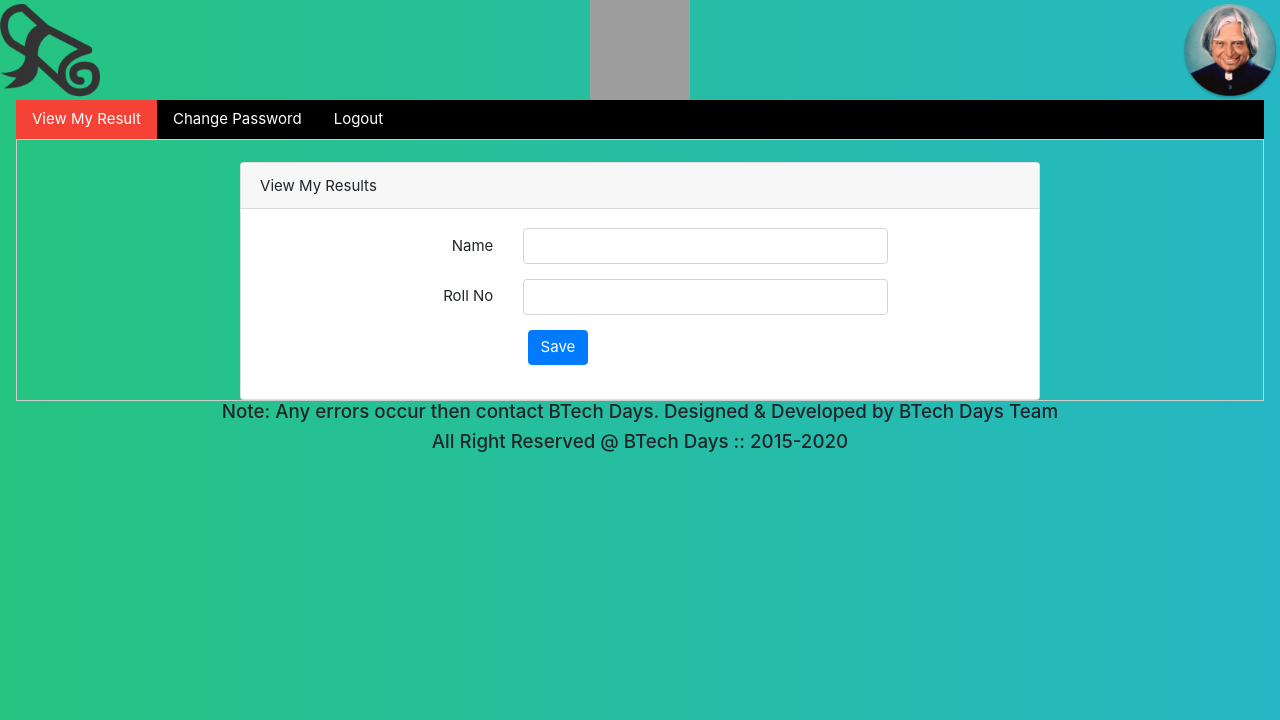
Repository: AlkaDas991/Dbms
Page: http://localhost/Student_Record_Management/studentHome.jsp
An editor plug-in stored every save of this project. The page is shown before and after the next save, followed by the edit.
The browser window is 1280 px wide. The pictures show the whole page.
Pictures or frames that could not be fetched are drawn as grey boxes. Some web fonts or font styles are not loaded; a fallback is used. Some web libraries are served in a nearby version. The page is served by Tomcat 9.

Above is the page before, as saved 2021-03-12 18:52:28.
Console error: TypeError: Cannot read properties of undefined (reading 'fn')

After the next save:
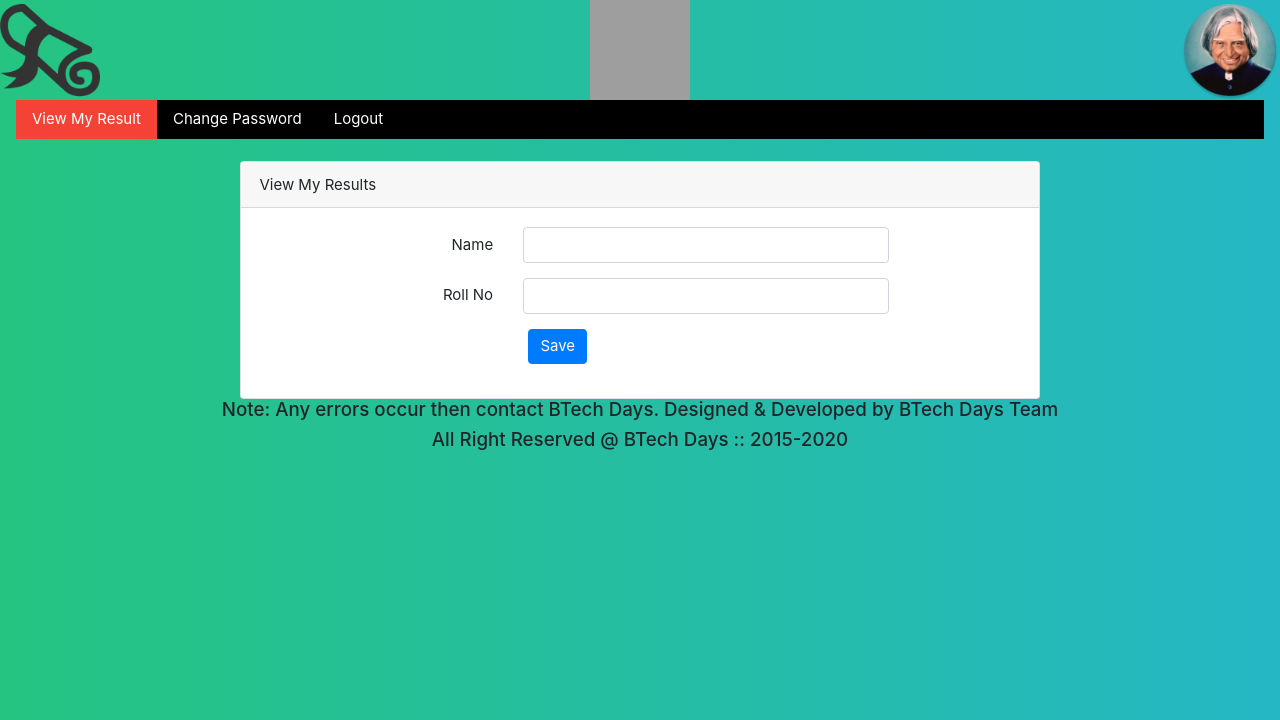
Saved 62 s later.
--- a/Student Record Management/WebContent/studentHome.jsp
+++ b/Student Record Management/WebContent/studentHome.jsp
@@ -14,7 +14,7 @@
      <a href="dgiOneView.jsp" class="w3-bar-item w3-button tablink">Logout</a>
   </div>
 
-  <div id="London" class="w3-container w3-border city">
+  <div id="London" class="w3-container city">
   <br>
    <link href="//maxcdn.bootstrapcdn.com/bootstrap/4.1.1/css/bootstrap.min.css" rel="stylesheet" id="bootstrap-css">
 <script src="//maxcdn.bootstrapcdn.com/bootstrap/4.1.1/js/bootstrap.min.js"></script>
